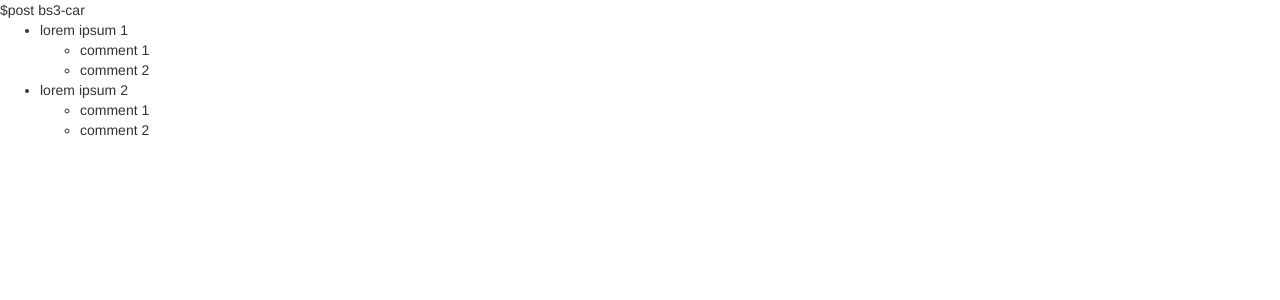
Repository: mhkafayi79/mohammad
Page: http://localhost/cfcfgcfgcfgcfg
The author's editor kept a copy of each file at every save. The page is drawn from the files as they stood at one save, then again after the next save.
The browser window is 1280 px wide. The pictures show the whole page.
The page is served by the project's Laravel application, run on PHP 8.4 with Laravel 8.

Above is the page before, as saved 2020-10-11 16:02:09.

After the next save:
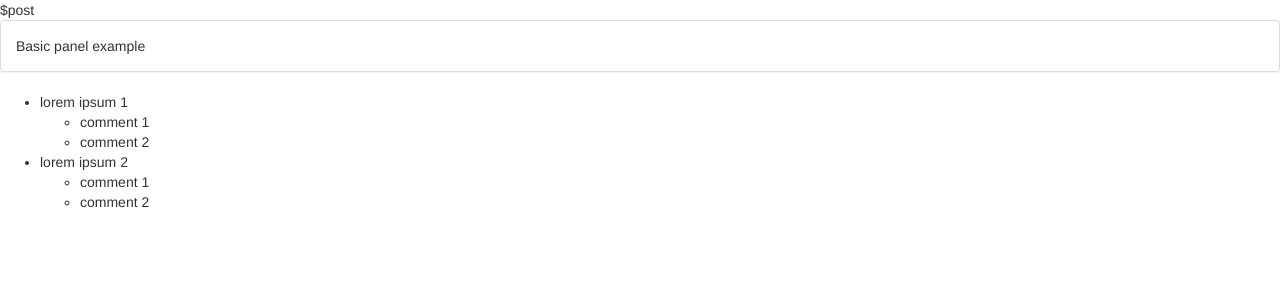
Saved 7 s later.
--- a/resources/views/welcome.blade.php
+++ b/resources/views/welcome.blade.php
@@ -7,7 +7,13 @@
 </head>
 $post
 <body class="antialiased">
-bs3-car
+
+<div class="panel panel-default">
+    <div class="panel-body">
+       Basic panel example
+    </div>
+</div>
+
     <ul>
         @foreach($posts as $key => $post)
             <li>{{$key}}
